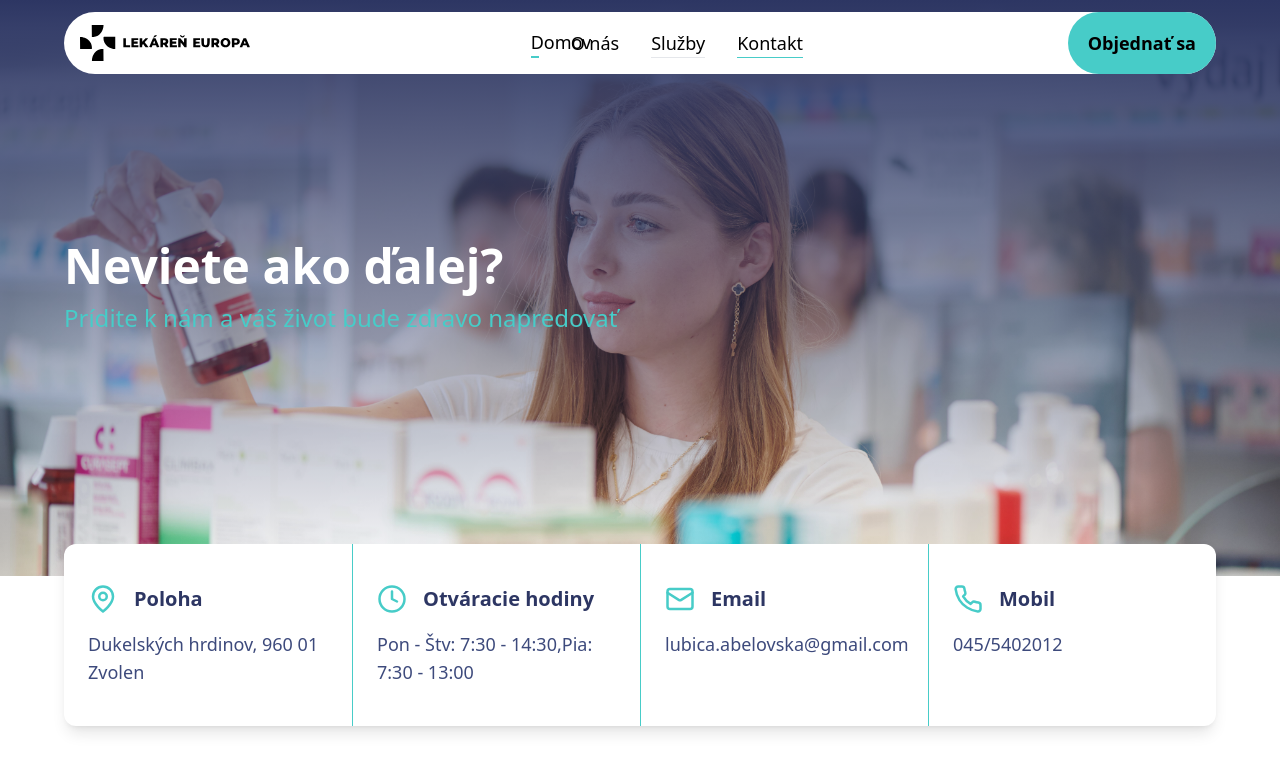
Repository: SimonSkoda13/Lekaren
Page: /
The author's editor kept a copy of each file at every save. The page is drawn from the files as they stood at one save, then again after the next save.
The browser window is 1280 px wide. The pictures show the whole page.
The project was rebuilt for these pictures with package versions that can differ from the ones it lists, and the page was loaded fresh each time. The framework's server and built-in components were replaced by stand-ins that run in the browser. Also part of the build but not shown: next.config.js.

Above is the page before, as saved 2023-04-22 20:34:43.

After the next save:
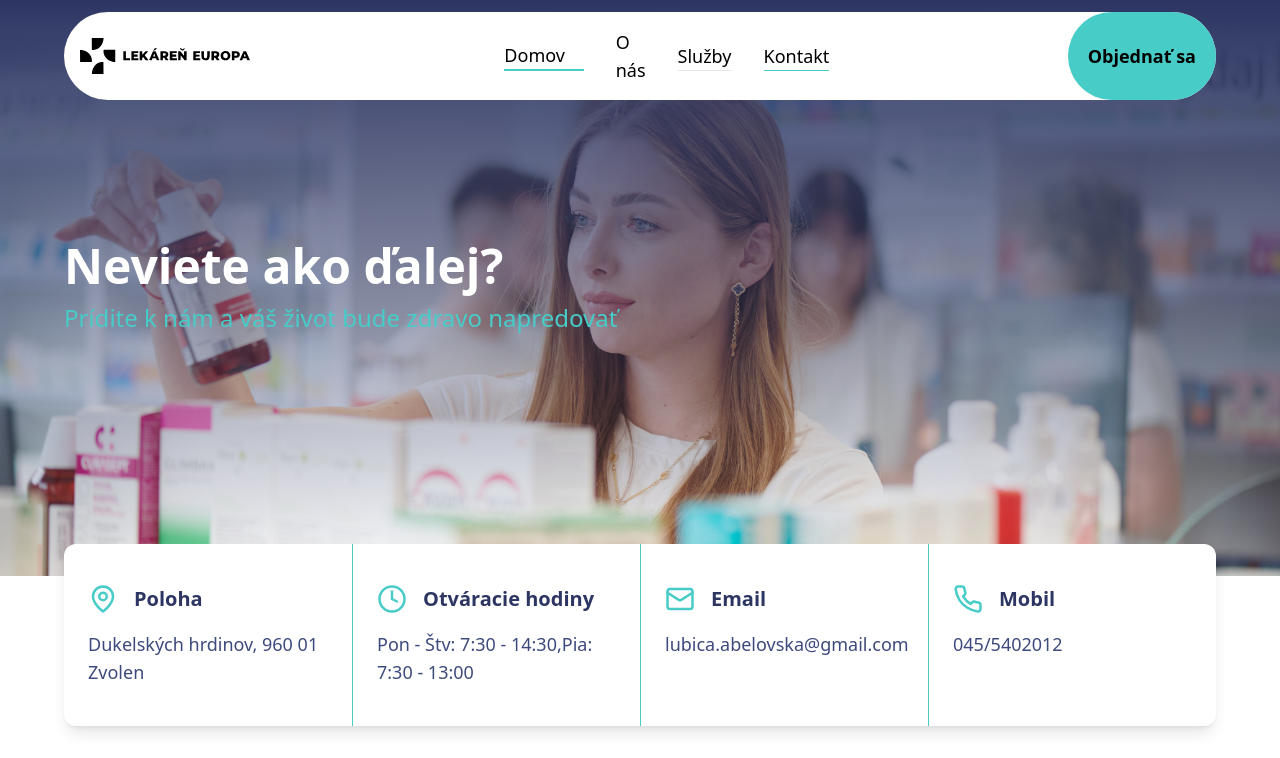
Saved 15 s later.
--- a/src/app/components/Header/Nav/Nav.tsx
+++ b/src/app/components/Header/Nav/Nav.tsx
@@ -14,7 +14,7 @@ export const Nav = () => {
         href="/"
         className={
           path === "/"
-            ? "inline-block border-primary border-b-2 w-2"
+            ? "inline-block border-primary border-b-2 w-1/2"
             : "transition ease-in-out delay-150 inline-block hover:border-b hover:border-secondary"
         }
       >
